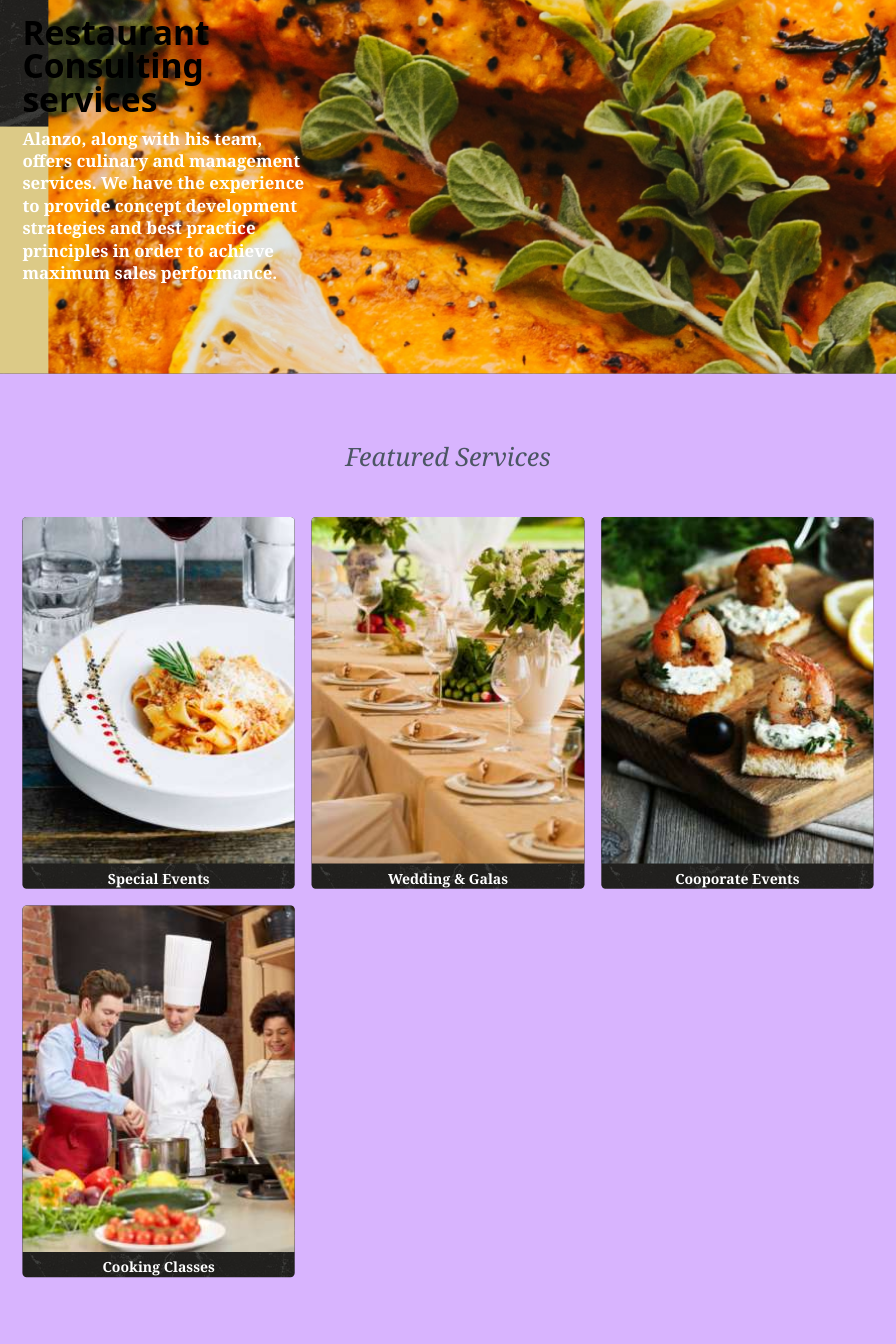
Repository: remydev47/alanzo
Page: /
An editor plug-in stored every save of this project. The page is shown before and after the next save, followed by the edit.
The browser window is 1280 px wide. The pictures show the part of the page from y = 2102 to 4022 px (the page is 4022 px tall before and 3527 px after), at 70% of full size.
The project was rebuilt for these pictures with package versions that can differ from the ones it lists, and the page was loaded fresh each time. The framework's server and built-in components were replaced by stand-ins that run in the browser. Also part of the build but not shown: next.config.js, components/Menu.tsx, components/Testimonials.tsx, components/CTA.tsx, components/Footer.tsx.

Above is the page before, as saved 2022-12-17 13:14:58.

### pages/_app.tsx
import '../styles/globals.css'
import type { AppProps } from 'next/app'
import Navbar from '../components/Navbar'

function MyApp({ Component, pageProps }: AppProps) {
  return (
    <>

      <Component {...pageProps} />
    </>
  )
}

export default MyApp

### pages/index.tsx
import type { NextPage } from 'next'
import Head from 'next/head'
import Image from 'next/image'
import { Aboutus, Catering, Consulting, Hero, Services } from '../components'
import Navbar from '../components/Navbar'


const Home: NextPage = () => {
  return (
    <div className="bg-[url('/images/bg_2.jpg')]">
      <Head>
        <title>Avantos</title>
        <link rel="icon" href="/favicon.ico" />
      </Head>
      <Navbar />
      <Hero />
      <Services />
      <Aboutus />
      <Consulting />
      <Catering/>

    </div>
  )
}

export default Home

### components/index.ts
import Hero from "./Hero";
import Services from "./Services";
import Aboutus from "./Aboutus";
import Consulting from "./Consulting";
import Catering from "./Catering";
import Menu from "./Menu";
import Testimonials from "./Testimonials";
import CTA from "./CTA";
import Footer from "./Footer";

export {
    Hero, Services, CTA, Catering, Consulting, Footer, Menu, Aboutus, Testimonials
}

### components/Navbar.tsx
import React from 'react';
import { navLinks } from '../constants';
import Menupopover from './Menupopover';
import Image from 'next/image';
import Logo from './Logo';
import { Button } from './Button';

const Navbar = () => {
  return (
    <header className="fixed inset-x-0 bg-[url('/images/bg_2.jpg')] z-20 flex justify-between items-center py-2 px-2 shadow-lg dark:bg-slate-900 sm:py-3 sm:px-8">
            <div className='flex grow-0 basis-1/3 md:hidden'>
                <Menupopover />
            </div>

             <div className='flex grow-0 ml-2 justify-center md:justify-start'>
                <Logo />

            </div>


            <ul className="list-none sm:flex hidden justify-end items-center flex-1">
            {navLinks.map((nav, index) => (
                <li
                key={nav.id}
                className={`font-bold cursor-pointer text-[16px]
                   ${index === navLinks.length - 1 ? 'mr-0' : 'mr-10'}
                  text-white `}
                >
                    <a>{nav.title}</a>
                </li>
            ))}
           </ul>


        </header>
  )
}

export default Navbar

### components/Hero.tsx
import React from 'react'

const Hero = () => {
  return (
    <section className='relative pt-48 pb-12 xl:pt-60 sm:pb-16 lg:pb-32 xl:pb-48 2xl:pb-56'>
    <div className="absolute inset-0">
     <img className="object-cover w-full h-full" src="/images/hero.jpg" alt="" />
    </div>
   <div className='relative'>
    <div className="px-6 mx-auto sm:px-8 lg:px-12 max-w-7xl">
      <div className="w-full lg:w-2/3 xl:w-1/2">
        <h1 className="font-serif text-xl font-bold tracking-tight text-white text-opacity-70 text-center">Proffesional Catering Services</h1>
        <p className="mt-6 tracking-tighter text-[#656b72]">
          <span className="font-sans font-bold text-6xl">WELCOME TO OUR </span><br />
          <span className="font-serif italic font-BOLD text-7xl">WORLD CLASS CHEF</span>
        </p>
        <p className="mt-8 font-erif text-xl font-serif text-[#fff]">
          Hiring A Proffesional Chef for Family Dinners & Gatherings, Date Nights & Branchs, Parties & Get-togethers, and even Meal for entire Families !
        </p>
      </div>
    </div>
   </div>
  </section>
  )
}

export default Hero

### components/Services.tsx
import React from 'react'
import styles from '../styles'

const Services = () => {
  return (
    <section className={`${styles.paddings} bg-[url('/images/bg_2.jpg')] sm:py-16 lg:py-24`}>
      <div className="px-4 mx-auto max-w-7xl sm:px-6 lg:px-8">
       <div className="max-w-2xl mx-auto text-center">
        <h2 className="text-xl font-bold font-serif leading-tight text-white lg:text-3xl">What We Offer</h2>
       </div>

       <div className="grid max-w-md grid-cols-1 gap-6 mx-auto mt-8 text-center lg:max-w-full lg:mt-16 lg:grid-cols-3">

        <div className="overflow-hidden bg-[url('/images/bg-3.jpg')] shadow-xl border-gray-300 rounded-md">
          <div className="p-8 xl:px-12 flex flex-col items-center justify-center">
             <div className='flex flex-col'>
               <h1 className='text-3xl font-semibold text-[#fff]'>Catering Services</h1>
             </div>
             <h2 className='font-normal text-xl font-serif text-black text-center mt-2'>
               Wouldn't you Like to be a Guest at your own Party !
             </h2>
             <p className='text-xl text-black text-center font-bold'>
               MON-FRI: 08:00-21:00
             </p>
             <p className='text-xl text-gray-500 text-center font-bold'>
               SAT-SUN: 10:00-17:00
             </p>
          </div>
        </div>

        <div className="overflow-hidden bg-[url('/images/bg-4.jpg')] shadow-xl border-gray-300 rounded-md">
          <div className="p-8 xl:px-12 flex flex-col items-center justify-center">
             <div className='flex flex-col'>
               <h1 className='text-3xl font-semibold text-[#fff]'>Table Ready Meals</h1>
             </div>
             <h2 className='font-normal text-xl font-serif text-black text-center mt-2'>
               Are You Busy To Cook ? Give Us A Call
             </h2>
             <p className='text-xl text-black text-center font-bold'>
               MON-FRI: 08:00-21:00
             </p>
             <p className='text-xl text-gray-500 text-center font-bold'>
               SAT-SUN: 10:00-17:00
             </p>
          </div>
        </div>

        <div className="overflow-hidden bg-[url('/images/bg-5.jpg')] shadow-xl border-gray-300 rounded-md">
          <div className="p-8 xl:px-12 flex flex-col items-center justify-center">
             <div className='flex flex-col'>
               <h1 className='text-3xl font-semibold text-[#fff]'>Services Menu</h1>
             </div>
             <h2 className='font-normal text-xl font-serif text-black text-center mt-2'>
               Look at Our Serviced Menu !
             </h2>
             <p className='text-xl text-black text-center font-bold'>
               MON-FRI: 08:00-21:00
             </p>
             <p className='text-xl text-gray-500 text-center font-bold'>
               SAT-SUN: 10:00-17:00
             </p>
          </div>
        </div>



       </div>
      </div>
    </section>
  )
}

export default Services

### components/Aboutus.tsx
import React from 'react'

const Aboutus = () => {
  return (
    <section className="py-6 bg-[#fff] sm:py-16 lg:py-24">
      <div className="max-w-5xl px-4 mx-auto sm:px-6 lg:px-8">
       <div className="grid items-center grid-cols-1 gap-y-6 md:grid-cols-2 md:gap-x-20">
          <div className="">
                <h1 className='text-4xl font-semibold text-black text-center'>EXPERIENCE THE SUBLIME!</h1>
                <h2 className="text-4xl font-bold leading-tight text-black sm:text-4xl lg:text-4xl">
                  <img src='/images/spoon.png' />
                </h2>
                <p className="mt-4 text-base font-serif leading-relaxed text-gray-600 font-semibold">
                 Chef Alanzo prepares and serves exquisite dinners to parties from two to 200 at your home, business or private catering event. His blend of French-Mediterranean cuisine draws on a lifetime of skills and the knowledge that all meals, no matter how large or how small, are special events among family and friends
                </p>
          </div>
          <div className=" pl-20 pr-6 sm:pl-6 md:px-0">
                <div className="relative w-full max-w-xs mt-4 mb-10 ml-auto">
                 <img className="relative -top-4 -left-4" src="/images/bg-8.png" alt="" />



                    <div className="absolute -bottom-10 -left-16 m-2">


                          <div className="px-8 py-8 bg-[url('/images/bg_2.jpg')]">
                               <span className="block text-4xl font-bold text-yellow-500 lg:text-5xl"> 50+ </span>
                                <span className="block mt-2 text-base leading-tight text-yellow-500"> Team<br />Member</span>
                            </div>
                    </div>
                </div>
            </div>
       </div>
      </div>
    </section>
  )
}

export default Aboutus

### components/Consulting.tsx
import React from 'react'
import { conLinks } from '../constants'

const Consulting = () => {
  return (
    <section className="mt-16 relative py-10 overflow-hidden sm:py-16 lg:py-24 xl:py-32">
    <div className="absolute inset-0">
      <img className="object-cover w-full h-full md:object-left md:scale-150 md:origin-top-left" src="/images/welcome.png" alt="" />
   </div>
  <div className="relative px-4 mx-auto sm:px-6 lg:px-8 max-w-7xl">
     <div className="text-center md:w-2/3 lg:w-1/2 xl:w-1/3 md:text-left">
         <h2 className="text-3xl font-bold leading-tight text-black sm:text-4xl lg:text-5xl">Restaurant Consulting services</h2>
         <p className="mt-4 text-2xl text-[#fff] font-serif font-semibold">
          Alanzo, along with his team, offers culinary and management services. We have the experience to provide concept development strategies and best practice principles in order to achieve maximum sales performance.
         </p>
      </div>


  </div>
  </section>
  )
}

export default Consulting

### components/Catering.tsx
import React from 'react'

const services=[

  {
    image:'/images/7.jpg',
    title:'Special Events',
    description:'',
  },
  {
    image:'/images/6.jpg',
    title:'Wedding & Galas',
    description:'',
  },
  {
    image:'/images/5.jpg',
    title:'Cooporate Events',
    description:'',
  },
  {
    image:'/images/8.jpg',
    title:'Cooking Classes',
    description:'',
  },
]

const Catering = () => {
  return (
    <section className="bg-purple-300 sm:py-16 lg:py-24">
      <div className="px-4 mx-auto max-w-7xl sm:px-6 lg:px-8">
       <div className="max-w-2xl mx-auto text-center">
        <h2 className="italic font-serif text-4xl leading-tight text-gray-600">Featured Services</h2>
       </div>
       <div className="grid max-w-md grid-cols-1 gap-6 mx-auto mt-8 text-center lg:max-w-full lg:mt-16 lg:grid-cols-3">
        {services.map((item, i) => (
          <div className="overflow-hidden bg-[url('/images/bg_2.jpg')] border-gray-300 rounded-md">
            <div className="flex flex-col items-center justify-center">

              <img
               src={item.image}
               className="w-full"
             />

             <h2 className='font-bold font-serif text-xl text-white text-center mt-2'>
               {item.title}
             </h2>
             <p className='text-xl font-serif text-gray-300 text-center '>
              {item.description}
             </p>
            </div>
          </div>
        ))}
       </div>


      </div>
    </section>
  )
}

export default Catering

### constants/index.ts
export const navLinks =[
    {
        id:"menu",
        title:"MENU",
    },
    {
        id:"services",
        title:"SERVICES",
    },
    {
        id:"privatechef",
        title:"PRIVATE CHEF",
    },
    {
        id:"catering",
        title:"CATERING",
    },
    {
        id:"aboutus",
        title:"ABOUT",
    },
    {
        id:"contacts",
        title:"CONTACTS",
    },
]

export const conLinks =[
    {
        id:"discover",
        title:'DISCOVER',
    },
    {
        id:"plan",
        title:'PLAN',
    },
    {
        id:"design",
        title:'DESIGN',
    },
    {
        id:"organise",
        title:'ORGANISE',
    },
    {
        id:"grow",
        title:'GROW',
    },
]

### components/Menupopover.tsx
import React, {useState, Fragment} from 'react';
import { navLinks } from '../constants';
import { IconButton, Button } from './Button';
import { Transition, Dialog } from '@headlessui/react';
import Logo from './Logo';
import Image from 'next/image';

const Menupopover = () => {
  const [isOpen, setIsOpen] = useState(false)

  return (
    <div>
    <IconButton
      variant='ghost'
      aria-label='menu'
      onClick={() => setIsOpen(!isOpen)}
    >
      <svg className='w-6 h-6 ' fill='none' stroke='currentColor'>
        <path
          strokeLinecap='round'
          strokeLinejoin='round'
          strokeWidth={2}
          d='M4 6h16M4 12h16M4 18h16'
        />
      </svg>
    </IconButton>
    <Transition
      show={isOpen}
      appear
      as={Fragment}
      enter='transform transition ease-in-out duration-300'
      enterFrom='-translate-x-full'
      enterTo='translate-x-0'
      leave='transform transition ease-in-out duration-300 delay-200'
      leaveFrom='translate-x-0'
      leaveTo='-translate-x-full'
     >
     <Dialog
       as='div'
       className={`fixed inset-0 z-50`}
       onClose={setIsOpen}
       open={isOpen}
       >
       <Transition.Child
         as={Fragment}
         enter='ease-out duration-300 delay-300'
         enterFrom='opacity-0'
         enterTo='opacity-100'
         leave='ease-in duration-200'
         leaveFrom='opacity-100'
         leaveTo='opacity-0'
       >

        <Dialog.Overlay
          className={`fixed inset-0 bg-black/20 backdrop-blur-sm dark:bg-gray-900/80`}
         />
      </Transition.Child>
       <div className={styles.dialogcontainer}>
        <a className='mx-auto mt-4 flex w-[140px] '>
          <Logo />
        </a>
        <ul
            className={styles.navWrapper2}
         >
            {navLinks.map((nav, index) => (
                <li
                 key={nav.id}
                 className={` font-bold cursor-pointer text-[16px]
                  mt-2 border-t border-slate-200 py-4 dark:border-slate-600
                  ${index === navLinks.length - 1 ? 'mr-0' : 'mb-4'}
                  text-white `}
                >
                 <a href={`#${nav.id}`}>
                    {nav.title}
                 </a>
                </li>
             ))}
         </ul>

        <IconButton
          variant='ghost'
          aria-label='close menu'
          className='absolute top-5 right-5'
          onClick={() => setIsOpen(false)}
        >
          <svg
            viewBox='0 0 10 10'
            className='h-2.5 w-2.5 overflow-visible'
            aria-hidden='true'
          >
            <path
                d='M0 0L10 10M10 0L0 10'
                fill='none'
                stroke='currentColor'
                strokeWidth='2'
                strokeLinecap='round'
              />
          </svg>
        </IconButton>
       </div>
     </Dialog>
    </Transition>
  </div>
  )
}

export default Menupopover;

const styles ={
  dialogcontainer:`fixed top-0 bottom-0 left-0 w-full max-w-xs rounded-r-xl bg-[url('/images/bg_2.jpg')]  p-6 shadow-lg dark:bg-gray-800`,
  menuitems:`group relative flex h-9 items-center oveflow-hidden rounded-md hover:bg-slate-200/50`,
  navWrapper2:`list-none flex flex-col justify-end items-center flex-1`,
}

### components/Logo.tsx
import React from 'react'
import Image from 'next/image'

const Logo = () => {
  return (
    <div>
      <Image
        src='/images/logo.png'
        alt='Alanzo'
        height={60}
        width={150}
      />
    </div>
  )
}

export default Logo

### styles/index.ts
const styles = {
    innerWidth: '2xl:max-w-[1280px] w-full',
    interWidth: 'lg:w-[80%] w-[100%]',

    paddings: 'sm:p-16 xs:p-8 px-6 py-12',
    yPaddings: 'sm:py-16 xs:py-8 py-12',
    xPaddings: 'sm:px-16 px-6',
    topPaddings: 'sm:pt-16 xs:pt-8 pt-12',
    bottomPaddings: 'sm:pb-16 xs:pb-8 pb-12',

    flexCenter: 'flex justify-center items-center',
    flexStart: 'flex justify-start items-start',
    flexEnd: 'flex justify-end',
    navPadding: 'pt-[98px]',

    // hero section
    heroHeading:
        'font-bold lg:text-[144px] md:text-[100px] sm:text-[60px] text-[44px] lg:leading-[158.4px] md:leading-[114.4px] sm:leading-[74.4px] leading-[64.4px] uppercase text-white',
    heroDText:
        'md:w-[212px] sm:w-[80px] w-[60px] md:h-[108px] sm:h-[48px] h-[38px] md:border-[18px] border-[9px] rounded-r-[50px] border-white sm:mx-2 mx-[6px]',
  };

  export default styles;

Loaded but not shown: styles/globals.css (common file); tailwind.config.js (22 lines, source omitted); components/Button/index.tsx (181 lines, source omitted)

After the next save:
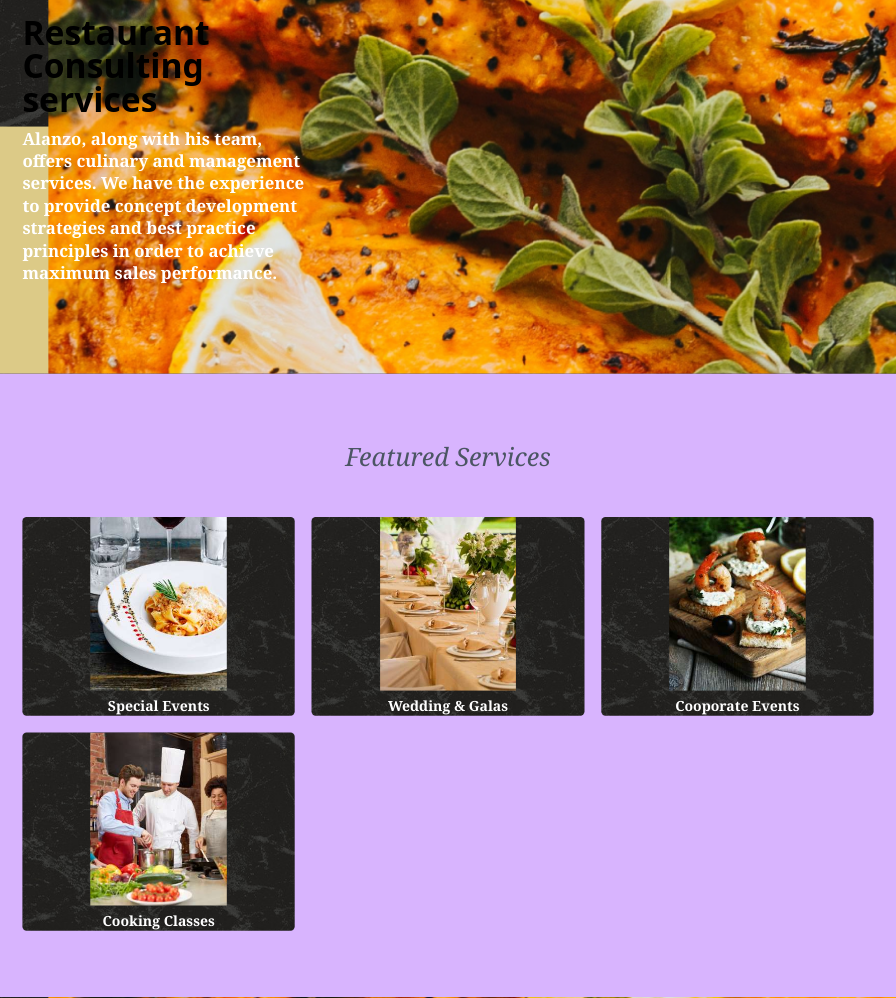
Saved 33 s later.
--- a/components/Catering.tsx
+++ b/components/Catering.tsx
@@ -38,7 +38,7 @@
 
               <img
                src={item.image}
-               className="w-full"
+               className="w-1/2"
              />
 
              <h2 className='font-bold font-serif text-xl text-white text-center mt-2'>

After the save that followed:
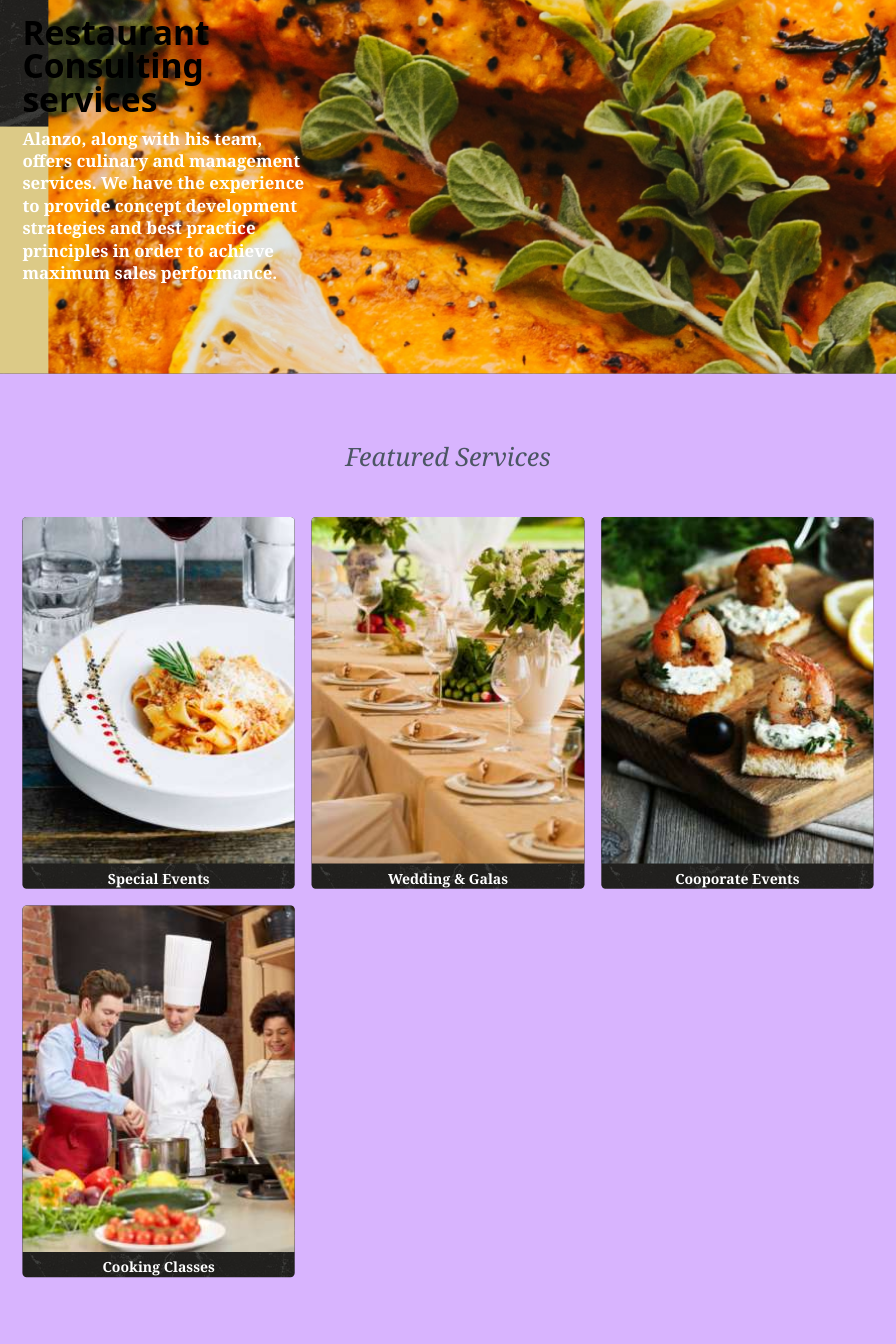
Saved 19 s later.
--- a/components/Catering.tsx
+++ b/components/Catering.tsx
@@ -38,7 +38,7 @@
 
               <img
                src={item.image}
-               className="w-1/2"
+               className="w-full"
              />
 
              <h2 className='font-bold font-serif text-xl text-white text-center mt-2'>
